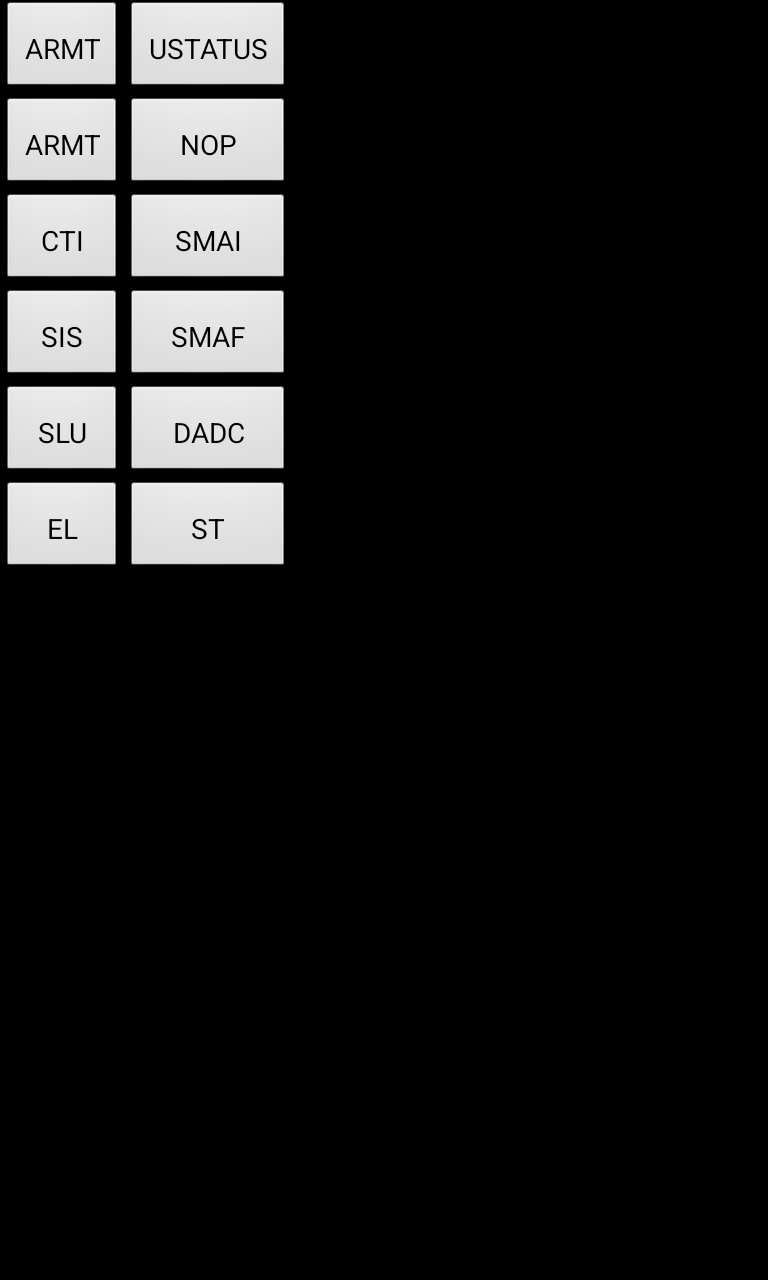
Repository: sergioenriquez/CSTE
Layout: HNAD/res/layout/devcmdtab.xml
These files come from the project's save history. The layout is drawn as it stood at one moment and after the next save; the edit follows.
It is drawn on a 768 x 1280 px phone screen (xhdpi) without system bars, with theme android:Theme.NoTitleBar; the app's code is not run.

Above is the layout before, as saved 2011-12-19 06:51:14.

After the next save:
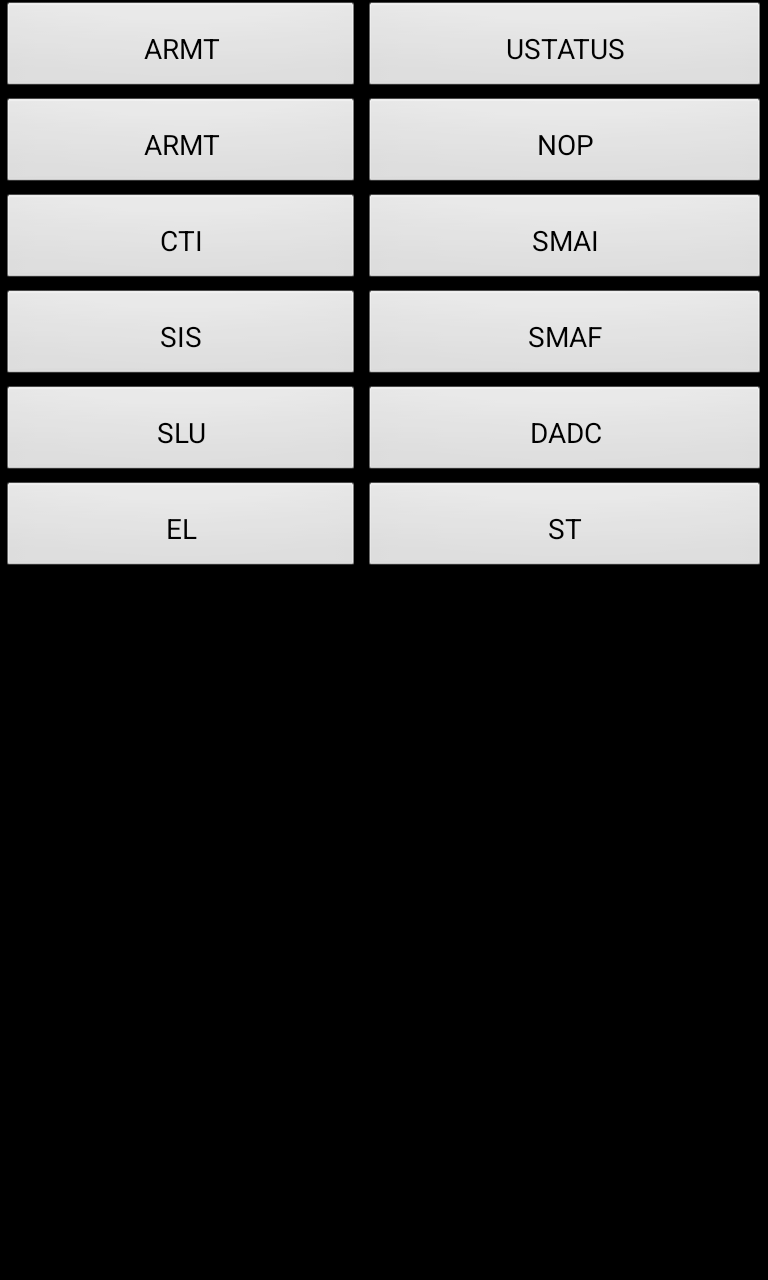
Saved 3 min 18 s later.
--- a/HNAD/res/layout/devcmdtab.xml
+++ b/HNAD/res/layout/devcmdtab.xml
@@ -5,6 +5,7 @@
     android:orientation="horizontal" >
     <LinearLayout xmlns:android="http://schemas.android.com/apk/res/android"
 	    android:layout_width="wrap_content"
+	    android:layout_weight="0.50"
 	    android:layout_height="match_parent"
 	    android:orientation="vertical" >
 	    <Button
@@ -53,6 +54,7 @@
     </LinearLayout>
 	<LinearLayout xmlns:android="http://schemas.android.com/apk/res/android"
 	    android:layout_width="wrap_content"
+	    android:layout_weight="0.50"
 	    android:layout_height="match_parent"
 	    android:orientation="vertical" >
 
